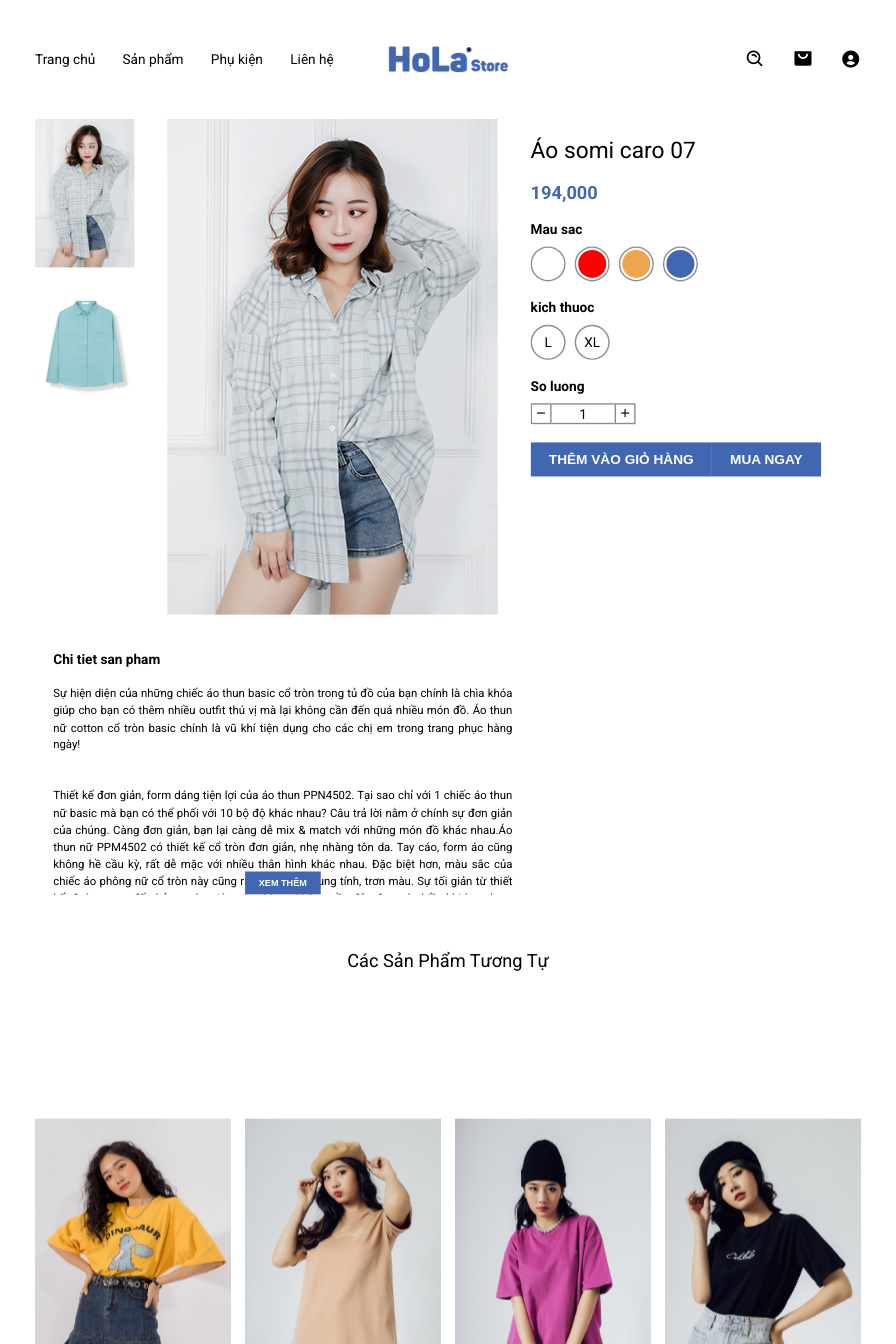
Repository: eric-nguyen-fe/Hola-ecommerce
Page: /catalog/ao-somi-caro-07
The author's editor kept a copy of each file at every save. The page is drawn from the files as they stood at one save, then again after the next save.
The browser window is 1280 px wide. The pictures show the part of the page from y = 0 to 1920 px (the page is 4131 px tall), at 70% of full size.
The project was rebuilt for these pictures with package versions that can differ from the ones it lists, and the page was loaded fresh each time. Also part of the build but not shown: src/components/HeroSlider.jsx, src/components/PolicyCard.jsx, src/assets/fake-data/hero-slider.js, src/assets/fake-data/policy.js, src/pages/Home.jsx, src/components/CheckBox.jsx, src/assets/fake-data/category.js, src/assets/fake-data/product-color.js and 4 more.

Above is the page before, as saved 2021-12-10 13:20:19.

After the next save:
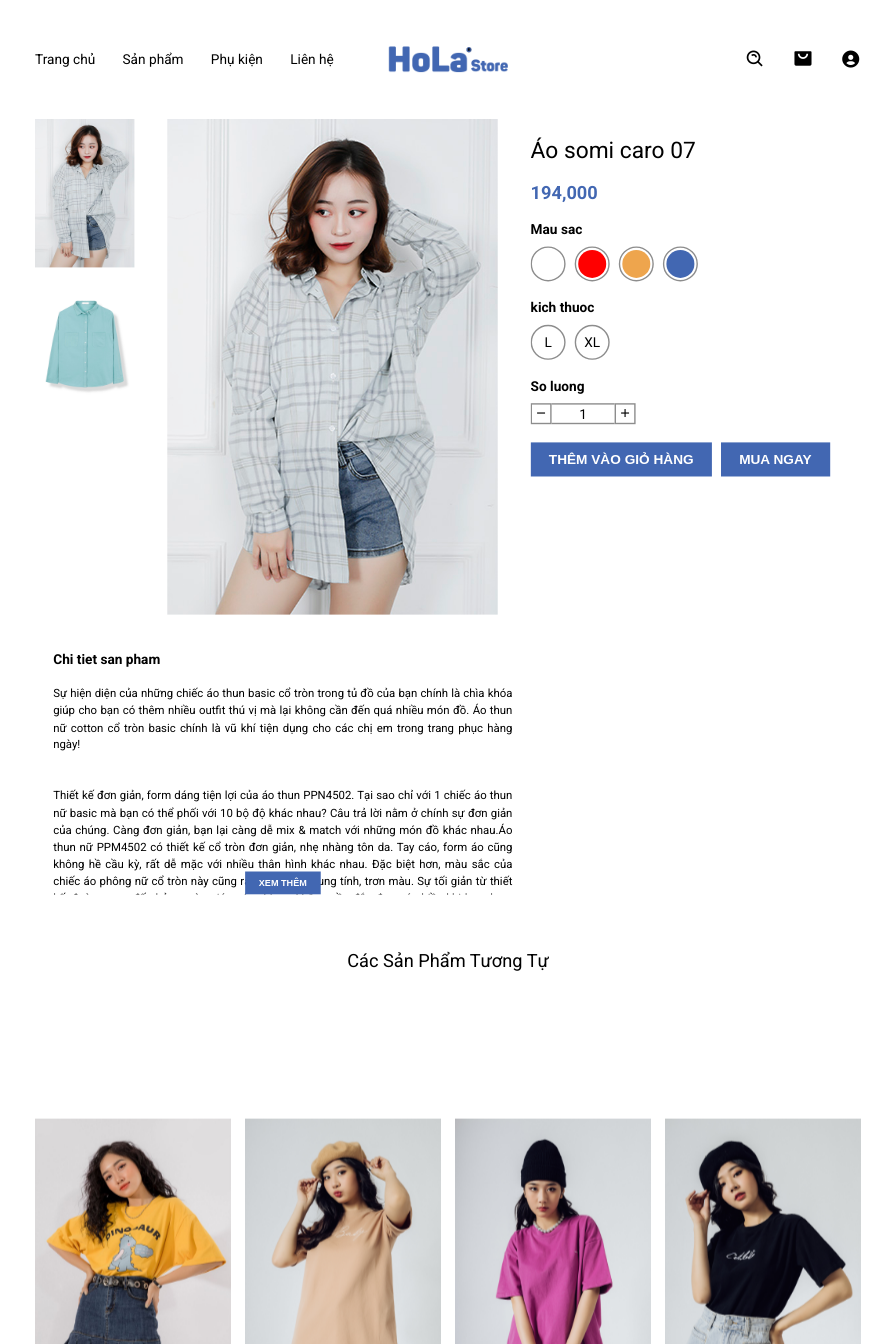
Saved 69 s later.
--- a/src/scss/components/_product.scss
+++ b/src/scss/components/_product.scss
@@ -114,6 +114,10 @@
 
                 }
             }
+
+            button {
+                margin-right: 1rem;
+            }
         }
     }
 }
